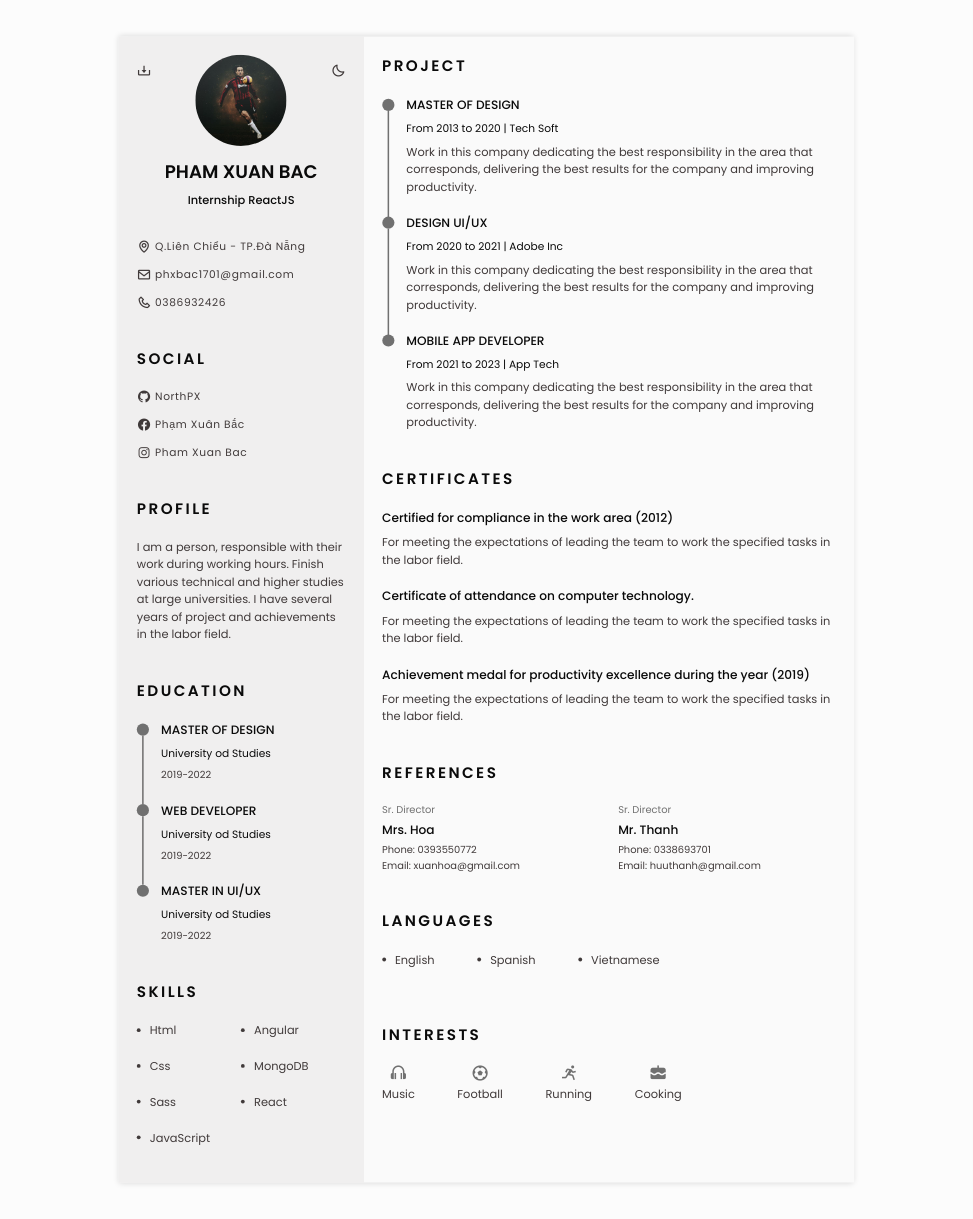
Repository: northpx/myCV
Page: index.html
The author's editor kept a copy of each file at every save. The page is drawn from the files as they stood at one save, then again after the next save.
The browser window is 1280 px wide. The pictures show the whole page, at 76% of full size.

Above is the page before, as saved 2023-02-23 16:19:33.

After the next save:
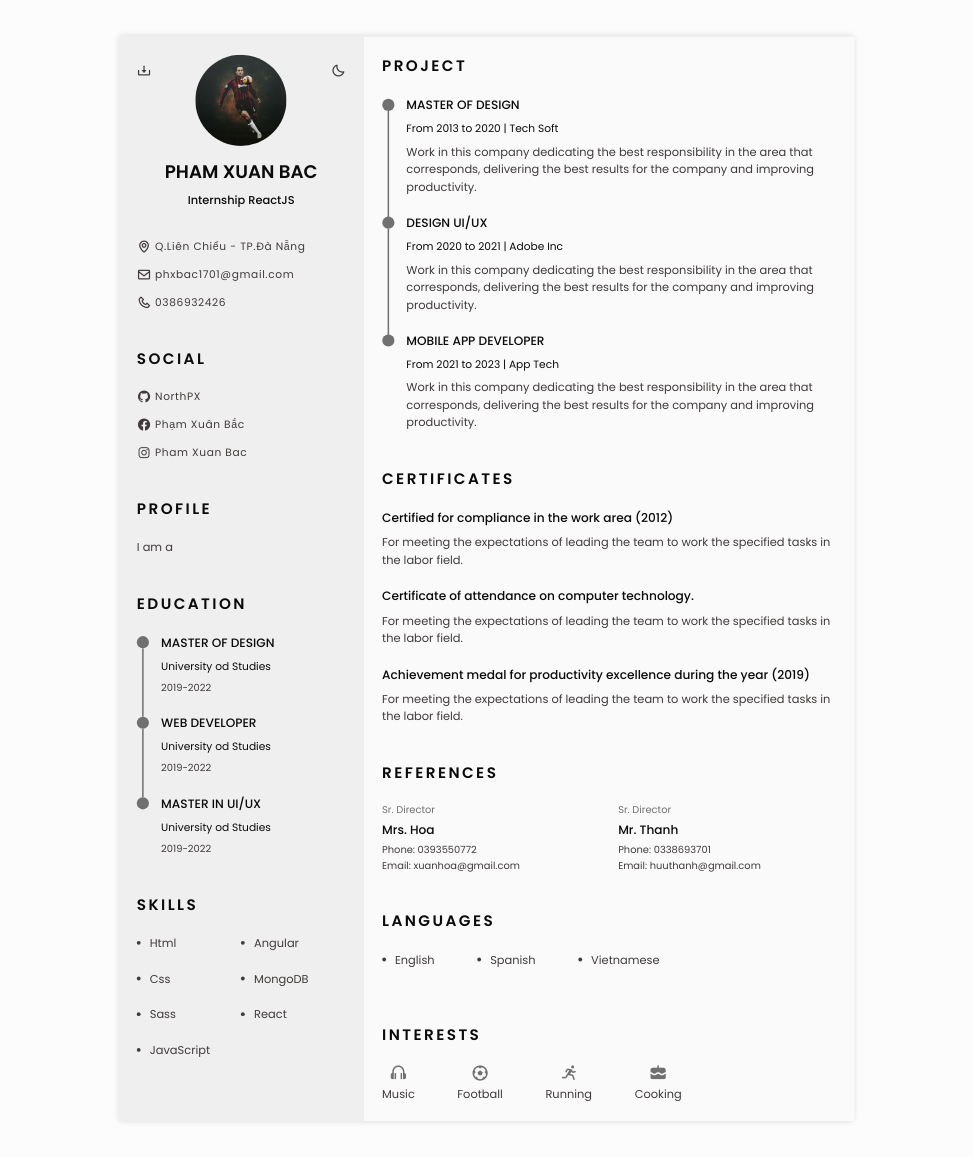
Saved 2 min 6 s later.
--- a/index.html
+++ b/index.html
@@ -105,7 +105,7 @@
                 <section class="profile section" id="profile">
                     <h2 class="section-title">Profile</h2>
                     <p class="profile__description">
-                        I am a person, responsible with their work during working hours. Finish various technical and higher studies at large universities. I have several years of project and achievements in the labor field.
+                        I am a
                     </p>
                 </section>
 
